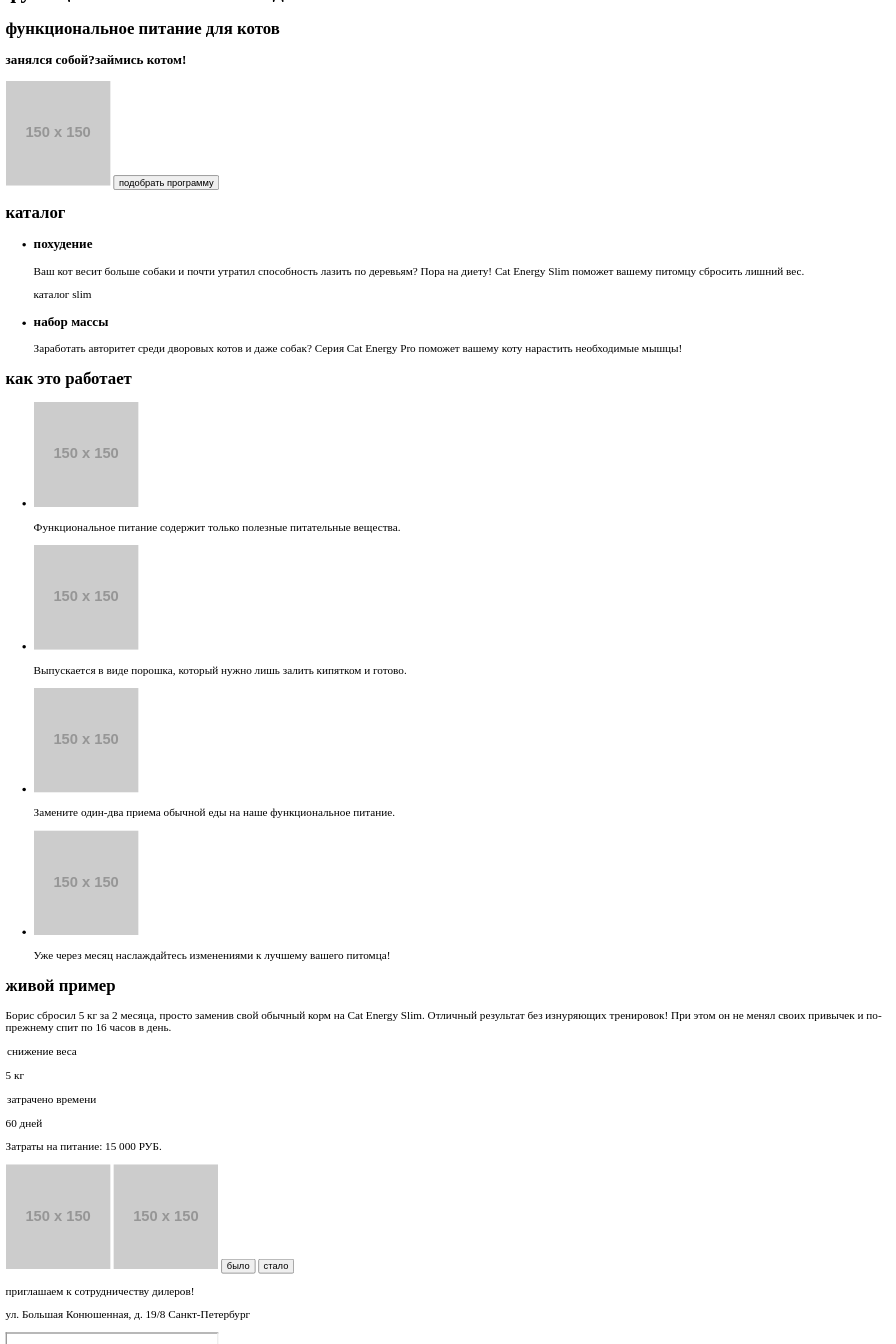
Repository: svetlana2885/1411135-cat-energy-20
Page: source/index.html
The author's editor kept a copy of each file at every save. The page is drawn from the files as they stood at one save, then again after the next save.
The browser window is 1280 px wide. The pictures show the part of the page from y = 306 to 2226 px (the page is 2769 px tall before and 2767 px after), at 70% of full size.
Pictures or frames that could not be fetched are drawn as grey boxes.

Above is the page before, as saved 2020-07-19 23:44:13.

### source/index.html
<!DOCTYPE html>
<html class="page" lang="ru">
  <head>
    <meta charset="UTF-8" />
    <title>Cat energy</title>
  </head>
  <body class="page__body">
    <header class="page-header">
      <a class="page-header__logo">
        <img class="pade-header__img" src="src=https://via.placeholder.com/150x150" alt="логотип" />
      </a>
      <nav class="main-nav">
        <button class="main-nav__toggle" type="button">
          <span class="visually-hidden"> открыть меню </span>
        </button>
        <div class="main-nav__wrapper">
          <ul class="main-nav__list site-list">
            <li class="site-list__item site-list__item--active">
              главная
            </li>
            <li class="site-list__item">
              <a href="catalog.html">
                каталог продукции
              </a>
            </li>
            <li class="site-list__item">
              <a href="form.html">
                подбор программы
              </a>
            </li>
          </ul>
        </div>
      </nav>
    </header>
    <main class="page-main">
      <h1 class="visually-hidden">функциональное питание для котов</h1>
      <section class="promo">
        <h2 class="promo__text">функциональное питание для котов</h2>
        <h3 class="promo__caption">занялся собой?займись котом!</h3>
        <img class="form-img" src="src=https://via.placeholder.com/150x150" alt="логотип" />
        <button class="button" type="button">подобрать программу</button>
      </section>
      <section class="catalog">
        <h2 class="visually-hidden">каталог</h2>
        <div class="catalog-wrapper list">
          <ul class="catalog-list">
            <li class="catalog-item catalog-item__slim">
              <h3 class="catalog__title">похудение</h3>
              <p class="catalog-discription">
                Ваш кот весит больше собаки и почти утратил способность лазить по деревьям? Пора на
                диету! Cat Energy Slim поможет вашему питомцу сбросить лишний вес.
              </p>
              <a class="catalog-link">каталог slim</a>
            </li>
            <li class="catalog-item advatages-item__weight">
              <h3 class="catalog__title">набор массы</h3>
              <p class="catalog-discription">
                Заработать авторитет среди дворовых котов и даже собак? Серия Cat Energy Pro поможет
                вашему коту нарастить необходимые мышцы!
              </p>
              <a class="catalog-link" каталог pro></a>
            </li>
          </ul>
        </div>
      </section>
      <section class="advantages">
        <h2 class="subtitle">как это работает</h2>
        <ul class="advantages-list">
          <li class="advantages-item">
            <img
              class="advantages-item__img"
              src="rc=https://via.placeholder.com/150x150"
              alt="лист"
            />
            <p>Функциональное питание содержит только полезные питательные вещества.</p>
          </li>
          <li class="advantage-item">
            <img src="rc=https://via.placeholder.com/150x150" alt="вода" />
            <p>Выпускается в виде порошка, который нужно лишь залить кипятком и готово.</p>
          </li>
          <li class="advantage-item">
            <img src="rc=https://via.placeholder.com/150x150" alt="еда" />
            <p>Замените один-два приема обычной еды на наше функциональное питание.</p>
          </li>
          <li class="advantage-item">
            <img src="rc=https://via.placeholder.com/150x150" alt="время" />
            <p>Уже через месяц наслаждайтесь изменениями к лучшему вашего питомца!</p>
          </li>
        </ul>
      </section>
      <section class="sample">
        <h2 class="subtitle">живой пример</h2>
        <p class="subtitle__text">
          Борис сбросил 5 кг за 2 месяца, просто заменив свой обычный корм на Cat Energy Slim.
          Отличный результат без изнуряющих тренировок! При этом он не менял своих привычек и
          по-прежнему спит по 16 часов в день.
        </p>
        <legend class="slogan">снижение веса</legend>
        <p class="slogan__text">5 кг</p>
        <legend>затрачено времени</legend>
        <p class="slogan__text">60 дней</p>
        <p class="sloga__subtitle">Затраты на питание: 15 000 РУБ.</p>
        <img class="sampl__img__fat" src="rc=https://via.placeholder.com/150x150" alt="кот" />
        <img class="sample__img__slim" src="rc=https://via.placeholder.com/150x150" alt="кот" />
        <button class="toggle" type="button">было</button>
        <button class="toggle" type="button">стало</button>
      </section>
      <footer class="page-footer">
        <div class="page-foote__contact contact">
          <p class="contact__title">приглашаем к сотрудничеству дилеров!</p>
          <p class="contact__text">ул. Большая Конюшенная, д. 19/8 Санкт-Петербург</p>
        </div>
        <div class="map">
          <iframe
            src="https://www.google.com/maps/embed?pb=!1m18!1m12!1m3!1d1998.6037999040354!2d30.322010416394033!3d59.938716271971415!2m3!1f0!2f0!3f0!3m2!1i1024!2i768!4f13.1!3m3!1m2!1s0x4696310fca5ba729%3A0xea9c53d4493c879f!2sBolshaya+Konyushennaya+ul.%2C+19%2C+Sankt-Peterburg%2C+Russia%2C+191186!5e0!3m2!1sen!2s!4v1441888483426"
            allowfullscreen
            title="Офис компании по адресу ул. Большая Конюшенная 19/8, Санкт-Петербург"
          ></iframe>
        </div>
        <div class="page-footer__social">
          <img class="img__logo" src="rc=https://via.placeholder.com/150x150" alt="логотип" />
          <ul class="social__list">
            <li class="social__item">
              <a class="social__link social__link--vkontakte" href="https://vk.com/htmlacademy"
                >Мы в Вконтакте</a
              >
            </li>
            <li class="social__item">
              <a
                class="social__link social__link--facebook"
                href="https://www.facebook.com/htmlacademy"
                >Мы в Фейсбуке</a
              >
            </li>
            <li class="social__item">
              <a
                class="social__link social__link--instagram"
                href="https://www.instagram.com/htmlacademy"
                >Мы в Инстаграме</a
              >
            </li>
          </ul>
        </div>
        <div class="page-footer__copyright copyright">
          <a class="copyright__link" href="https://htmlacademy.ru/intensive/adaptive"
            >HTML Academy</a
          >
          <img class="copyright_img" src="rc=https://via.placeholder.com/150x150" alt="логотип" />
        </div>
      </footer>
    </main>
  </body>
</html>

After the next save:
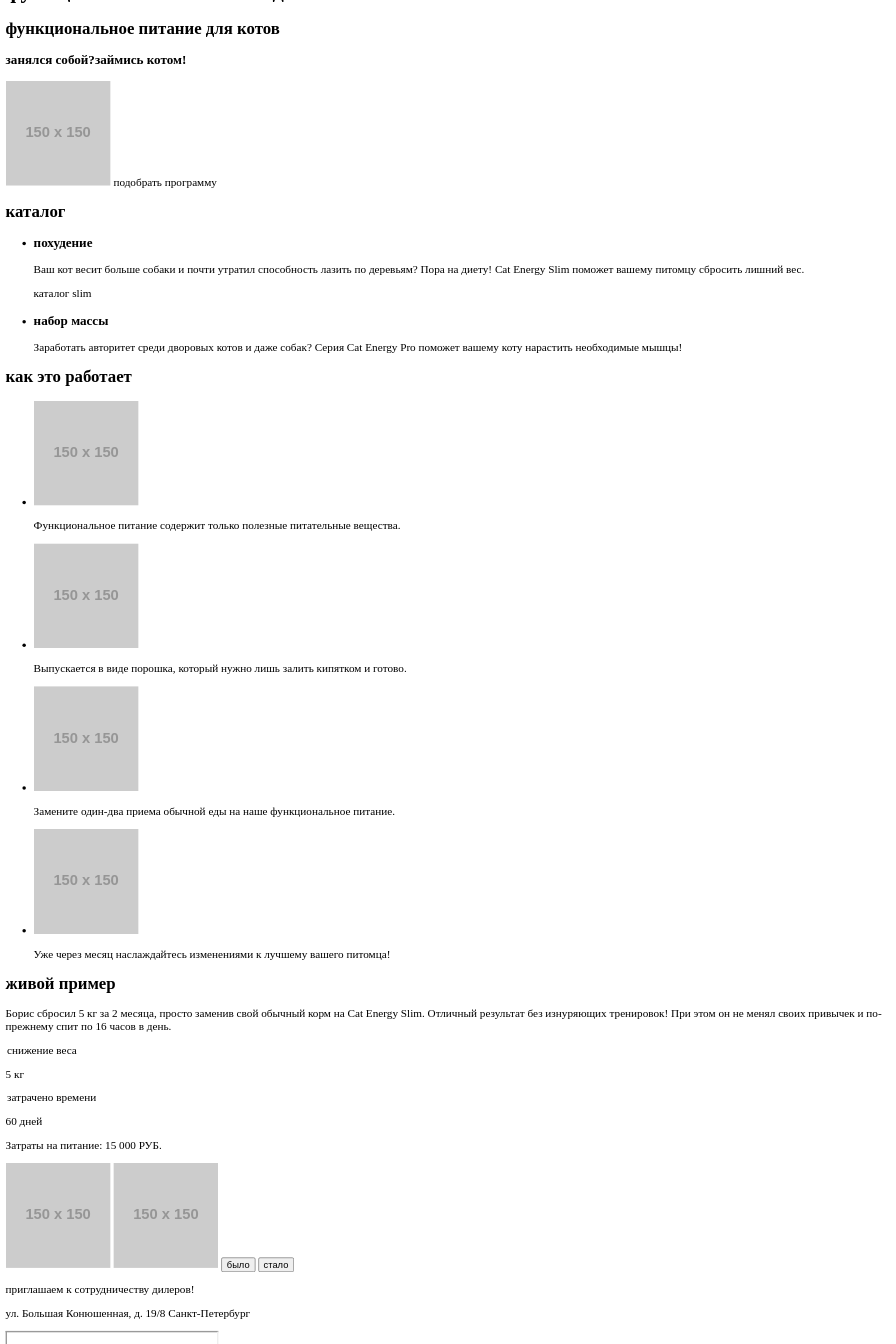
Saved 75 s later.
--- a/source/index.html
+++ b/source/index.html
@@ -37,8 +37,8 @@
       <section class="promo">
         <h2 class="promo__text">функциональное питание для котов</h2>
         <h3 class="promo__caption">занялся собой?займись котом!</h3>
-        <img class="form-img" src="src=https://via.placeholder.com/150x150" alt="логотип" />
-        <button class="button" type="button">подобрать программу</button>
+        <img class="promo__img" src="src=https://via.placeholder.com/150x150" alt="логотип" />
+        <a class="promo__button">подобрать программу</a>
       </section>
       <section class="catalog">
         <h2 class="visually-hidden">каталог</h2>
